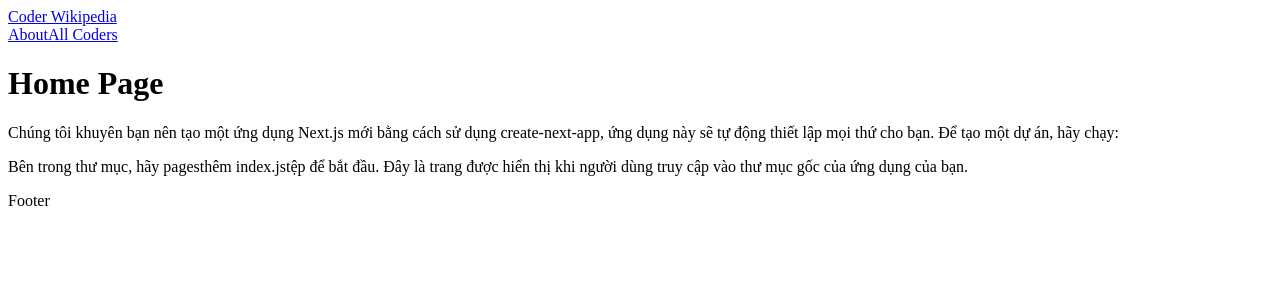
Repository: DuckyNumberONS/H-c-Next-Js
Page: / (app in my-app/)
An editor plug-in stored every save of this project. The page is shown before and after a run of saves, followed by the edit.
The browser window is 1280 px wide. The pictures show the whole page.
Some web fonts or font styles are not loaded; a fallback is used. The project was rebuilt for these pictures with package versions that can differ from the ones it lists, and the page was loaded fresh each time. The framework's server and built-in components were replaced by stand-ins that run in the browser. Also part of the build but not shown: my-app/next.config.js.

Above is the page before, as saved 2022-09-22 09:06:23.

### my-app/pages/index.js

export default function Home() {
  return (
    <>
      <div>
        <h1>Home Page</h1>
        <p>
          Chúng tôi khuyên bạn nên tạo một ứng dụng Next.js mới bằng cách sử
          dụng create-next-app, ứng dụng này sẽ tự động thiết lập mọi thứ cho
          bạn. Để tạo một dự án, hãy chạy:
        </p>
        <p>
          Bên trong thư mục, hãy pagesthêm index.jstệp để bắt đầu. Đây là trang
          được hiển thị khi người dùng truy cập vào thư mục gốc của ứng dụng của
          bạn.
        </p>
      </div>
    </>
  );
}

### my-app/components/layout.js
import React from 'react'
import Footer from './Footer'
import Navbar from './navbar'

export default function Layout({children}) {
  return (
    <div className='content'>
        <Navbar />
            {children}
        <Footer />
    </div>
  )
}

### my-app/styles/globals.css
@import url('https://fonts.googleapis.com/css2?family=Dangrek&display=swap');
body{
  background: white;
  color: black;
  font-family:'Dangrek';
}
a{
  color: ;
}

### my-app/components/Footer.js
import React from "react";

export default function Footer() {
  return (
    <footer>Footer</footer>
  );
}

### my-app/components/navbar.js
import React from "react";
import Link from "next/link";
export default function Navbar() {
  return (
    <nav>
      <div>
        <Link href="/">
          <a>Coder Wikipedia</a>
        </Link>
      </div>
      <div>
        <Link href="/about">
          <a>About</a>
        </Link>
        <Link href="/coders">
          <a>All Coders</a>
        </Link>
      </div>
    </nav>
  );
}

Loaded but not shown: my-app/pages/_app.js (common file)

After the next 3 saves:
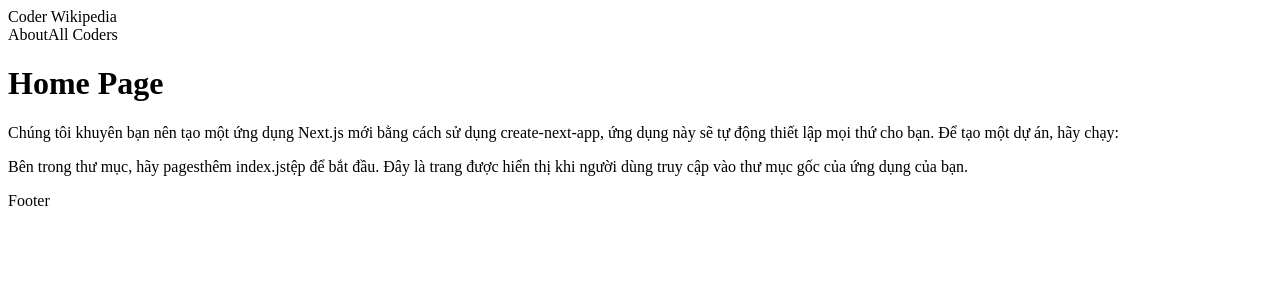
The 3 saves are shown as one change because they came seconds apart.
The last was saved 8 s later.
--- a/my-app/styles/globals.css
+++ b/my-app/styles/globals.css
@@ -5,5 +5,6 @@ body{
   font-family:'Dangrek';
 }
 a{
-  color: ;
+  color: black;
+  text-decoration: none;
 }
